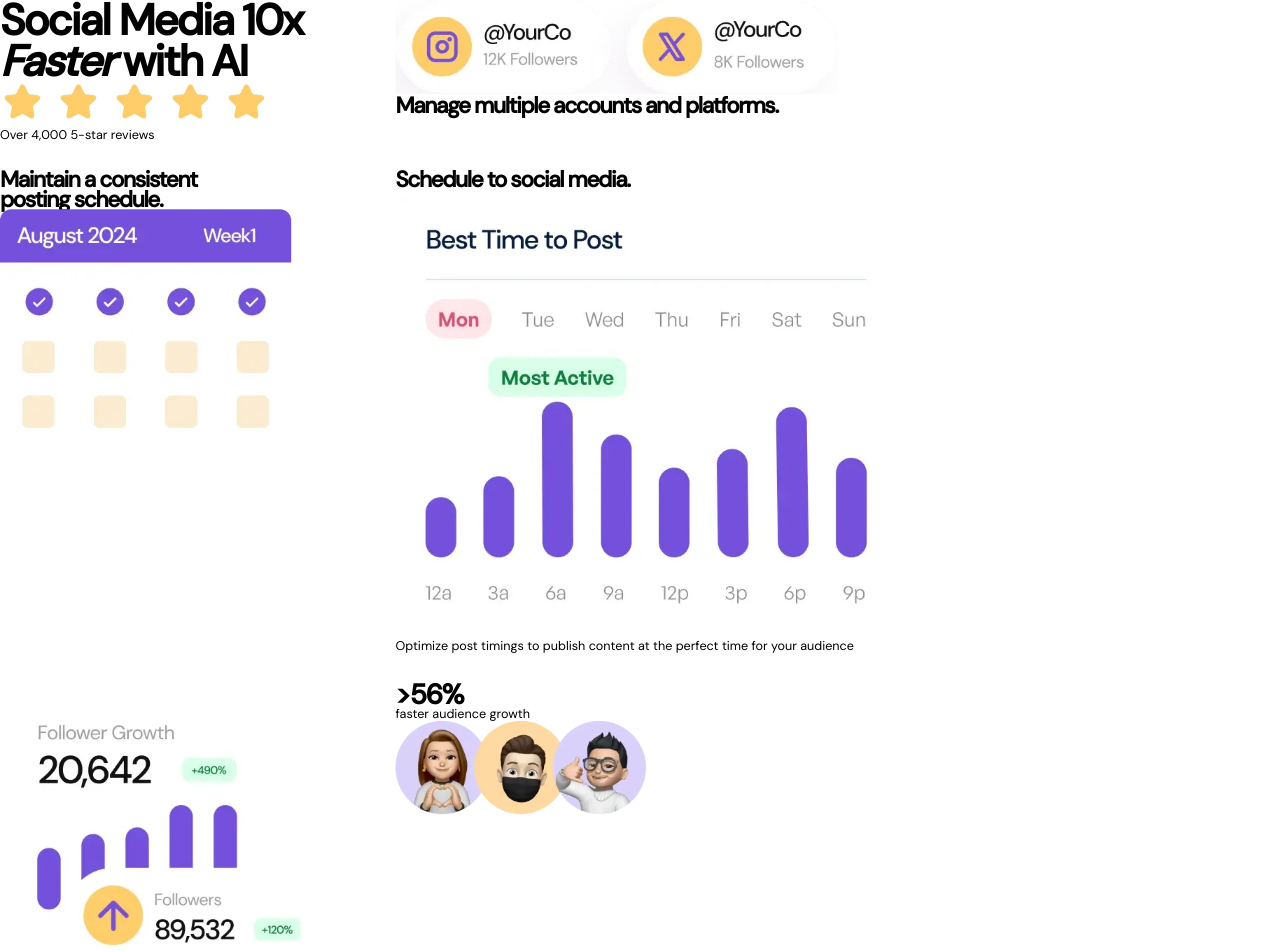
Repository: brandontaylor1/bento-grid
Page: index.html
The author's editor kept a copy of each file at every save. The page is drawn from the files as they stood at one save, then again after the next save.
The browser window is 1280 px wide. The page is 1280 px wide, then 1810 px, so the pictures cover 1810 px, including what lies to the right of the window. The pictures show the part of the page from y = 0 to 1360 px (the page is 1925 px tall before and 1528 px after), at 70% of full size.

Above is the page before, as saved 2025-01-21 22:23:11.

After the next save:
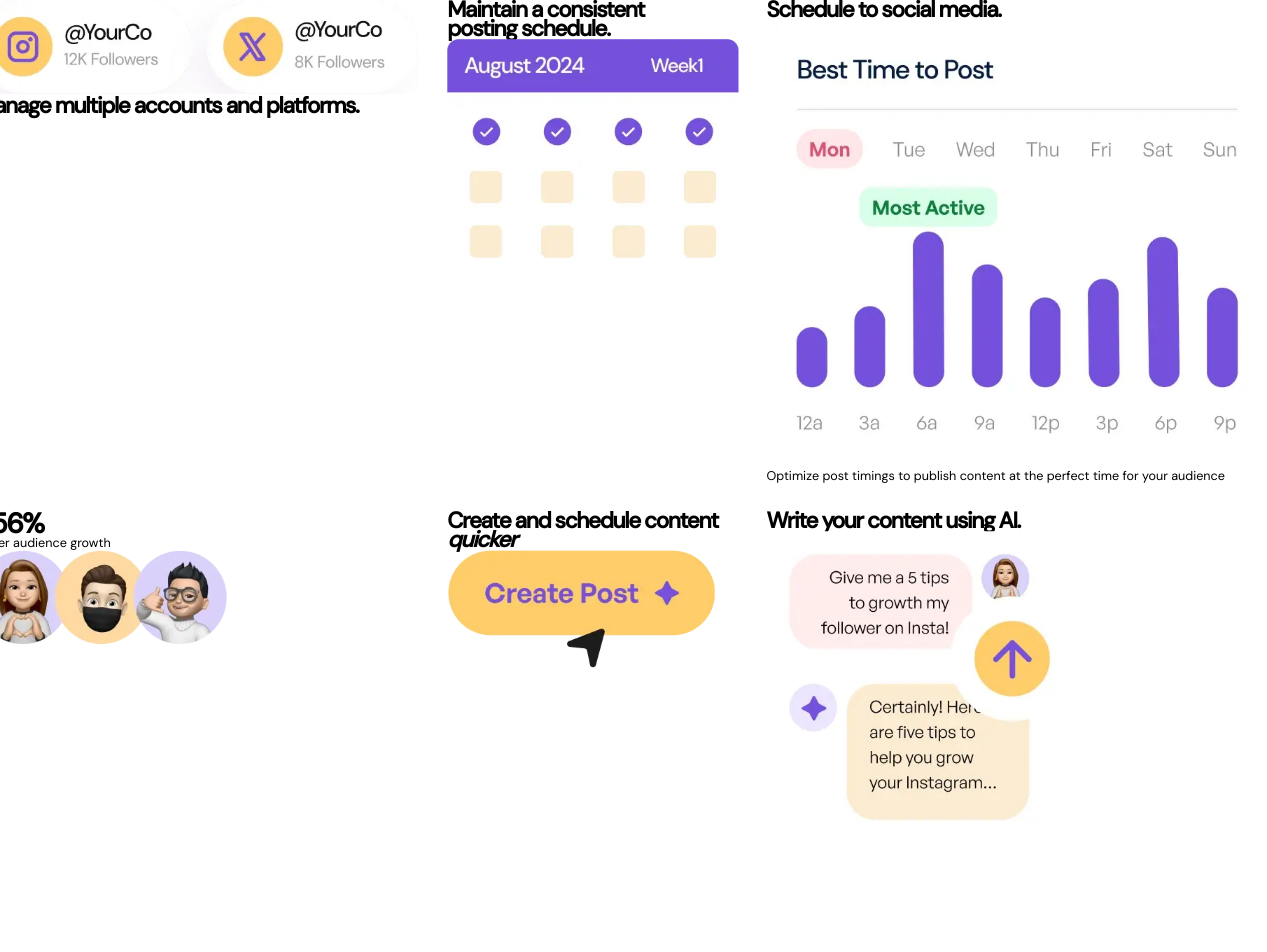
Saved 3 min 49 s later.
--- a/styles.css
+++ b/styles.css
@@ -84,8 +84,8 @@
 
 .grid-container {
     display: grid;
-    grid-template-columns: repeat(2, 1fr);
-    grid-template-rows: repeat(4, auto);
+    grid-template-columns: repeat(4, 1fr);
+    grid-template-rows: repeat(10, auto);
     gap: var(--spacing-5);
     padding: var(--spacing-5), var(--spacing-4);
 }
